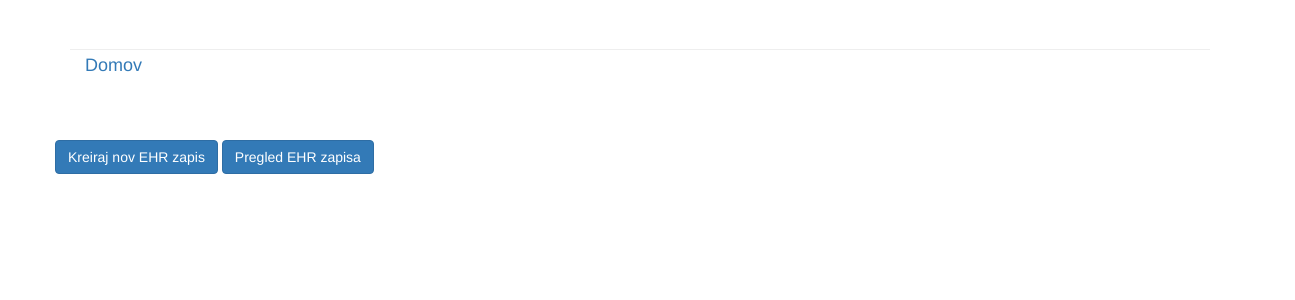
Repository: Denten7/oisdn4
Page: index.html
The author's editor kept a record of every edit. The page is drawn from the files as they stood at one moment, then again after the next edit.
The browser window is 1280 px wide. The page is 1280 px wide, then 1295 px, so the pictures cover 1295 px, including what lies to the right of the window. The pictures show the whole page.
Some web libraries are served in a nearby version.

Above is the page before.

After the next edit:
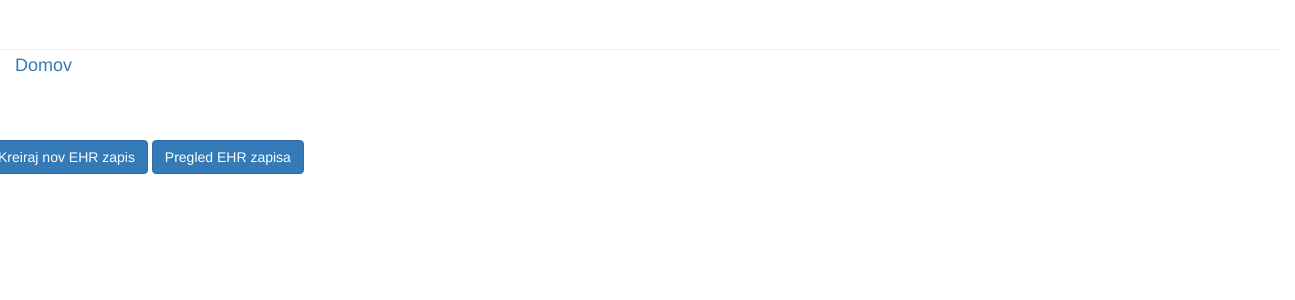
The edit:
--- a/index.html
+++ b/index.html
@@ -10,9 +10,8 @@
       <script src="demo.js"></script>
     <body>
 
-      <div class="container">
-        <div class="page-header">
-          <a class="navbar-brand" href="index.html">Domov</a>
+      <div class="page-header">
+        <a class="navbar-brand" href="index.html">Domov</a>
         </div>
 
         <div class="row">
